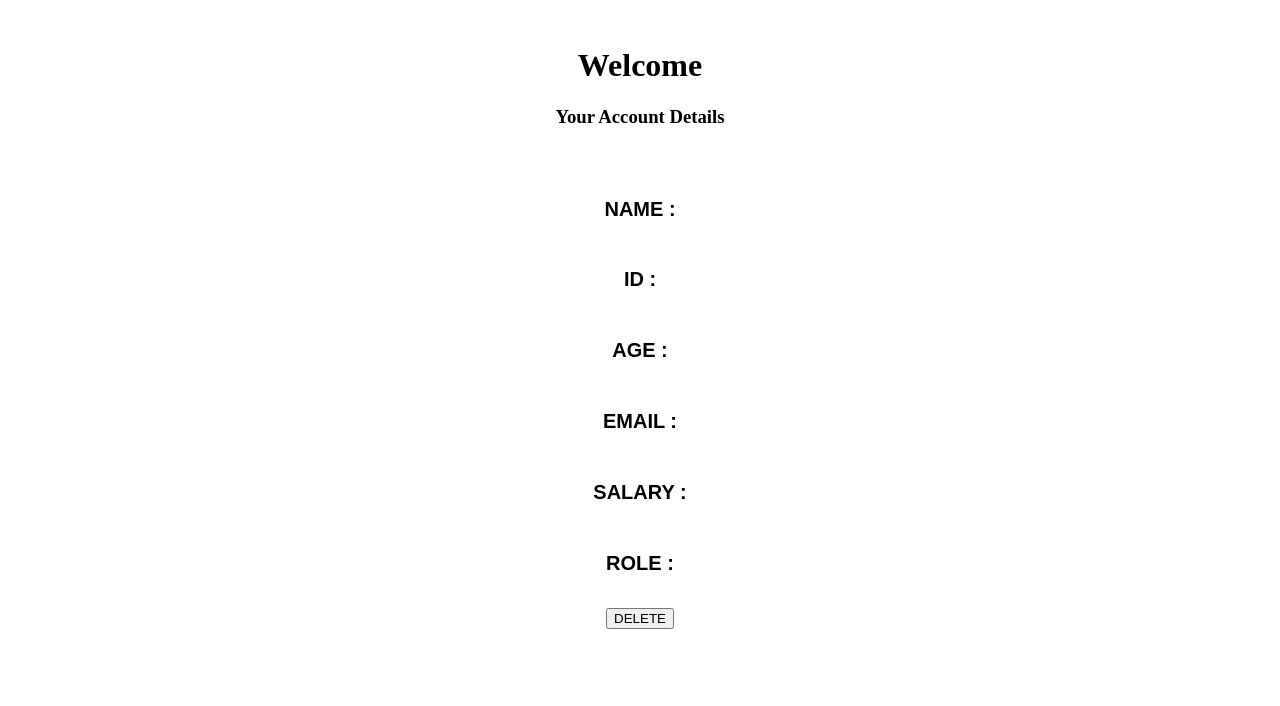
Repository: elizasharon/sprint-3-back-end
Page: http://localhost/SpringMVC2.0/WEB-INF/views/findById.jsp
An editor plug-in stored every save of this project. The page is shown before and after the next save, followed by the edit.
The browser window is 1280 px wide. The pictures show the whole page.
The page is served by Tomcat 9. Nobody is signed in. The template is opened directly, without the code that normally fills it, so the values that code supplies are empty.

Above is the page before, as saved 2019-07-17 05:48:40.

After the next save:
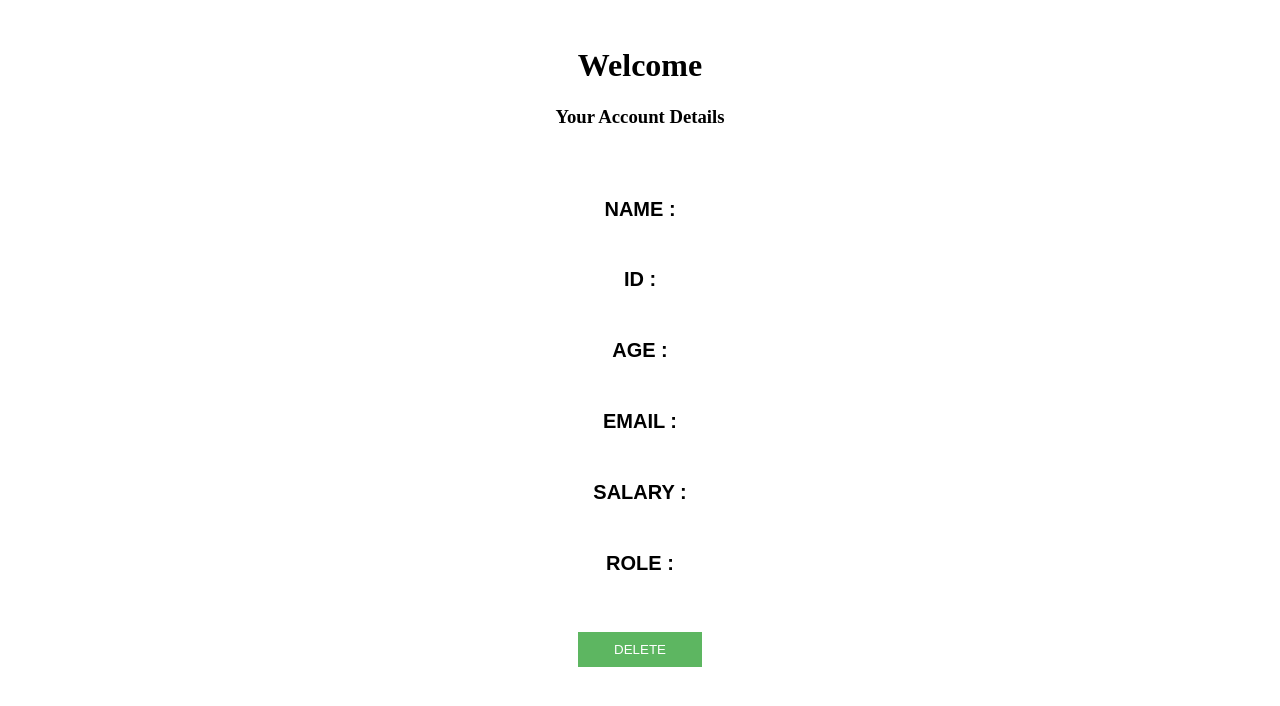
Saved 23 s later.
--- a/Java_Eclipse_Workspace/SpringMVC2.0/src/main/webapp/WEB-INF/views/findById.jsp
+++ b/Java_Eclipse_Workspace/SpringMVC2.0/src/main/webapp/WEB-INF/views/findById.jsp
@@ -7,6 +7,39 @@
 <meta charset="ISO-8859-1">
 <title>Employee Details</title>
 <style>
+/* Set a style for all buttons */
+button {
+text-align:center;
+  background-color: #4CAF50;
+  color: white;
+  padding: 10px 0;
+  margin: 8px 20px;
+  border: none;
+  cursor: pointer;
+  width: 60%;
+  opacity: 0.9;
+}
+
+button:hover {
+  opacity:1;
+}
+
+/* Float cancel and signup buttons and add an equal width */
+.signupbtn {
+  width: 10%;
+}
+
+/* Add padding to container elements */
+.container {
+  padding: 16px;
+}
+
+/* Clear floats */
+.clearfix::after {
+  content: "";
+  clear: both;
+  display: table;
+}
 	section h2 {
 		font-size:18px;
 		font-family: Arial, Helvetica, sans-serif;
